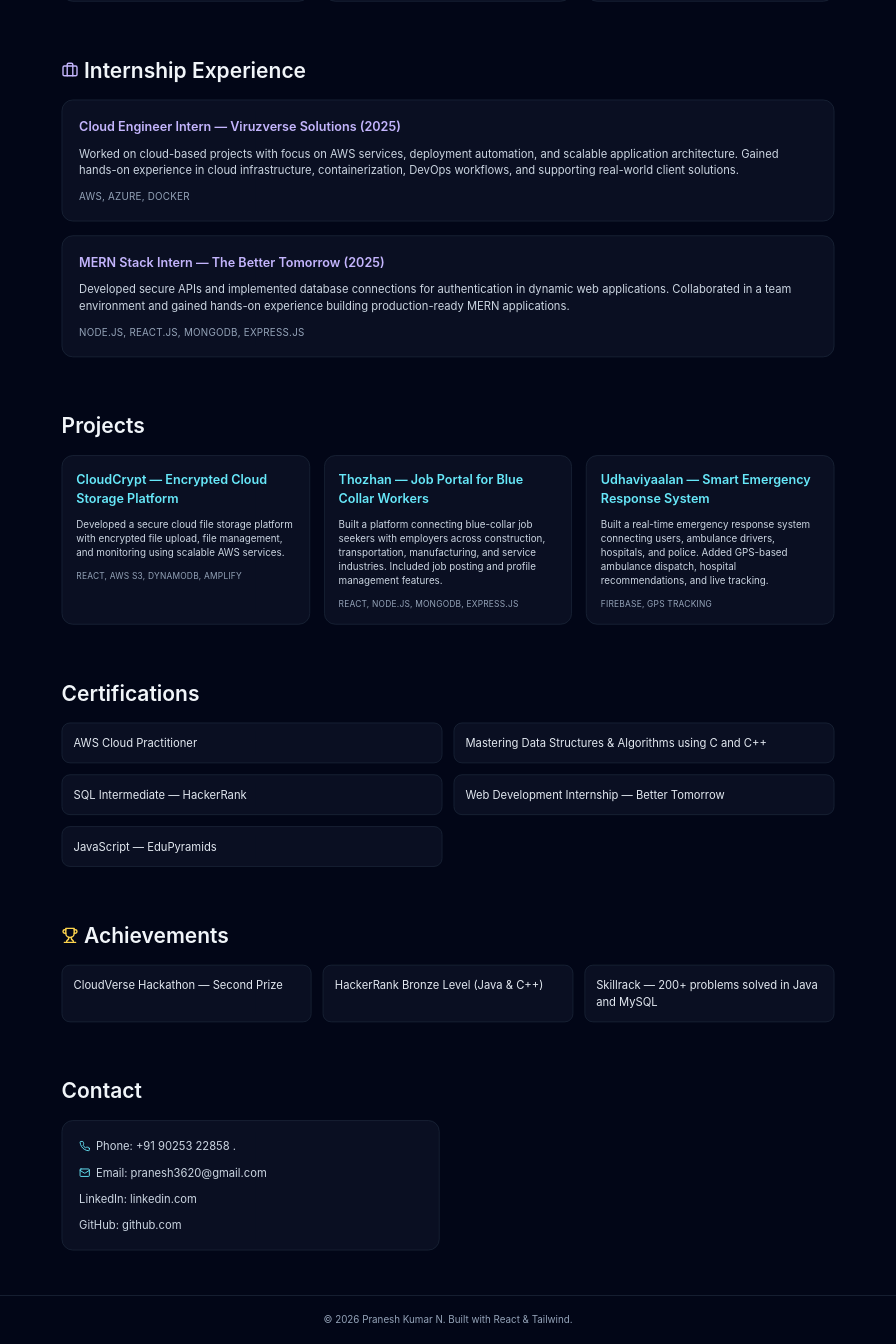
Repository: PRANEESSHHH/Portfolio
Page: /
An editor plug-in stored every save of this project. The page is shown before and after the next save, followed by the edit.
The browser window is 1280 px wide. The pictures show the part of the page from y = 1385 to 3305 px (the page is 3305 px tall), at 70% of full size.
The project was rebuilt for these pictures with package versions that can differ from the ones it lists, and the page was loaded fresh each time. Also part of the build but not shown: vite.config.ts. Imported but missing from the stored project, and not drawn on this page: resume/PRANESH KUMAR N RESUME .pdf.

Above is the page before, as saved 2026-05-28 15:42:40.

After the next save:
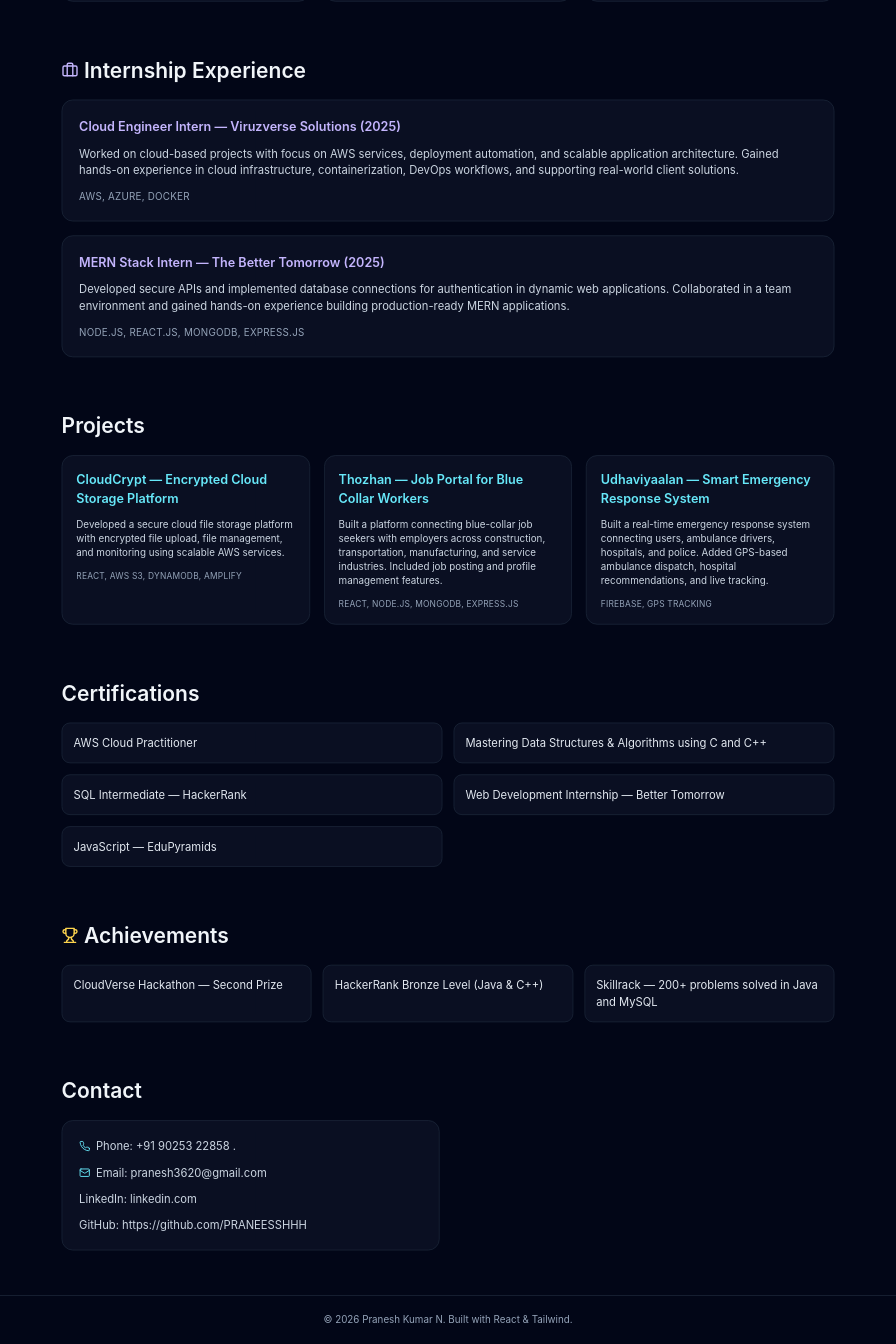
Saved 39 s later.
--- a/src/App.tsx
+++ b/src/App.tsx
@@ -395,7 +395,7 @@
               <Mail size={16} className="text-cyan-300" /> Email: pranesh3620@gmail.com
             </p>
             <p className="mt-3 text-slate-300">LinkedIn: linkedin.com</p>
-            <p className="mt-3 text-slate-300">GitHub: github.com</p>
+            <p className="mt-3 text-slate-300">GitHub: https://github.com/PRANEESSHHH</p>
           </div>
         </div>
       </RevealSection>
